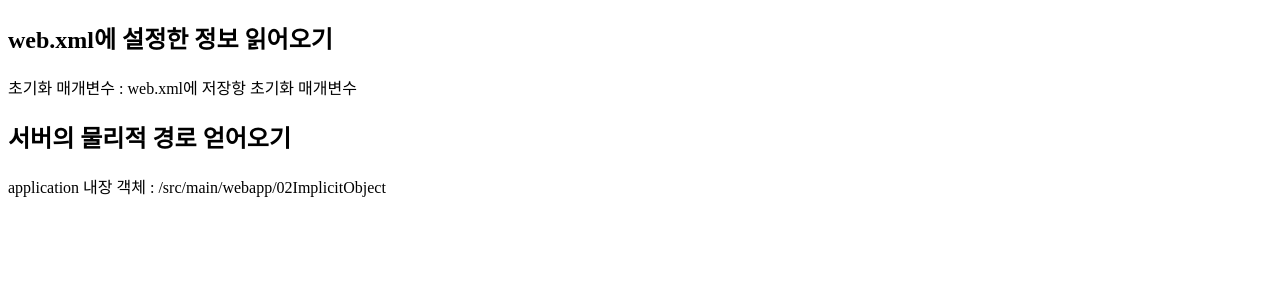
Repository: achul1026/jspStudy
Page: http://localhost/MustHaveJSP/02ImplicitObject/ApplicationMain.jsp
These files come from the project's save history. The page is drawn as it stood at one moment and after the next save; the edit follows.
The browser window is 1280 px wide. The pictures show the whole page.
The page is served by Tomcat 9. Other server files are loaded and not shown.

Above is the page before, as saved 2022-09-21 13:19:09.

### MustHaveJSP/src/main/webapp/02ImplicitObject/ApplicationMain.jsp
<%@ page language="java" contentType="text/html; charset=UTF-8"
    pageEncoding="UTF-8"%>
<!DOCTYPE html>
<html>
<head>
<title>내장 객체 - Response</title>
</head>
<body>
	<h2>web.xml에 설정한 정보 읽어오기</h2>
	초기화 매개변수 : <%=application.getInitParameter("INIT_PARAM") %>

	<h2>서버의 물리적 경로 얻어오기</h2>
	application 내장 객체 : <%=application.getRealPath("/02ImplicitObject") %>
</body>
</html>

After the next save:
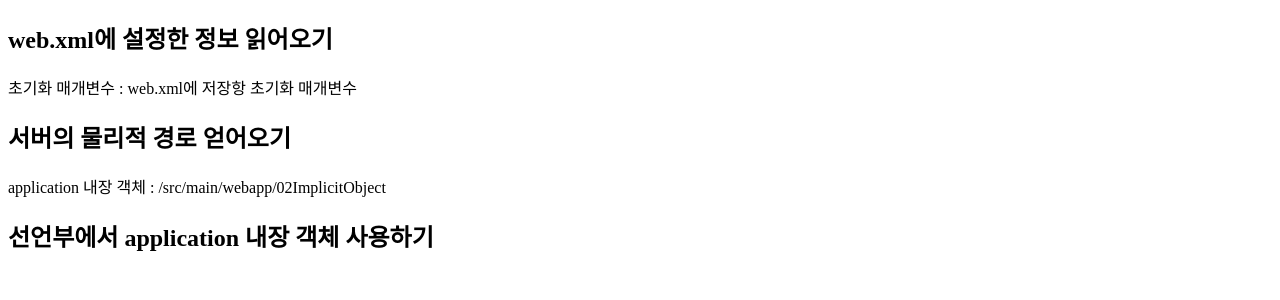
Saved 18 s later.
--- a/MustHaveJSP/src/main/webapp/02ImplicitObject/ApplicationMain.jsp
+++ b/MustHaveJSP/src/main/webapp/02ImplicitObject/ApplicationMain.jsp
@@ -11,5 +11,7 @@
 
 	<h2>서버의 물리적 경로 얻어오기</h2>
 	application 내장 객체 : <%=application.getRealPath("/02ImplicitObject") %>
+
+	<h2>선언부에서 application 내장 객체 사용하기</h2>
 </body>
 </html>
